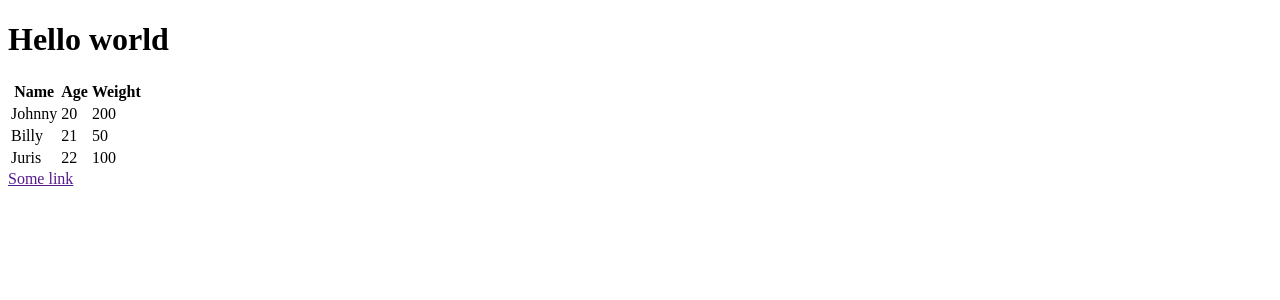
Repository: janismozgis-rcs/gurpa_5_test
Page: http://localhost/
These files come from the project's save history. The page is drawn as it stood at one moment and after the next save; the edit follows.
The browser window is 1280 px wide. The pictures show the whole page.
The page is run by PHP 8.4 with error messages shown; the project is at /var/www/html/.

Above is the page before, as saved 2018-06-18 20:27:49.

### index.php
<?php


function getUserData() {
    return [
        [
            'name' => 'Johnny',
            'age' => '20',
            'weight' => '200',
        ],
        [
            'name' => 'Billy',
            'age' => '21',
            'weight' => '50',
        ],
        [
            'name' => 'Juris',
            'age' => '22',
            'weight' => '100',
        ],
    ];
}

?>
<!DOCTYPE html>
<html lang="en">
<head>
    <meta charset="UTF-8">
    <title>Document</title>
</head>
<body>
    <?php include 'header.php'; ?>
    <?php include 'content.php'; ?>
    <?php include 'footer.php'; ?>
</body>
</html>

### content.php

<table>
    <thead>
        <tr>
            <th>Name</th>
            <th>Age</th>
            <th>Weight</th>
        </tr>
    </thead>
    <tbody>
        <?php foreach(getUserData() as $user){ ?>
            <tr>
                <td><?= $user['name']; ?></td>
                <td><?= $user['age']; ?></td>
                <td><?= $user['weight']; ?></td>
            </tr>
        <?php } ?>

    </tbody>
</table>

### footer.php
<a href="">Some link</a>

Loaded but not shown: header.php (common file)

After the next save:
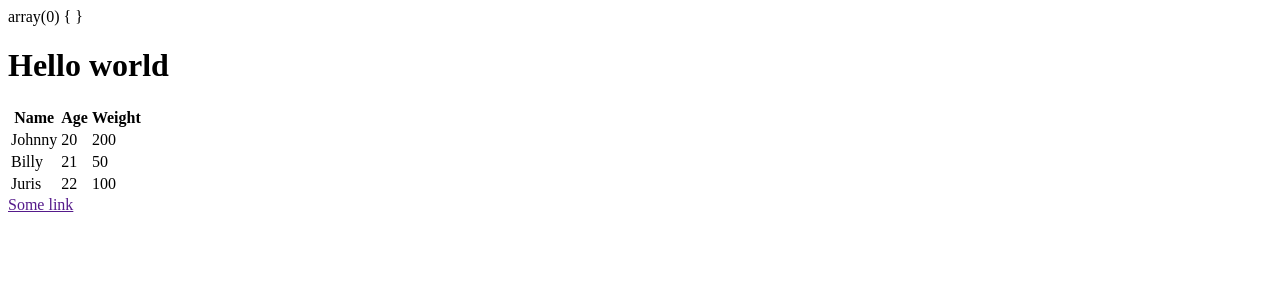
Saved 7 s later.
--- a/index.php
+++ b/index.php
@@ -1,5 +1,5 @@
 <?php
-
+var_dump($_GET);
 
 function getUserData() {
     return [
